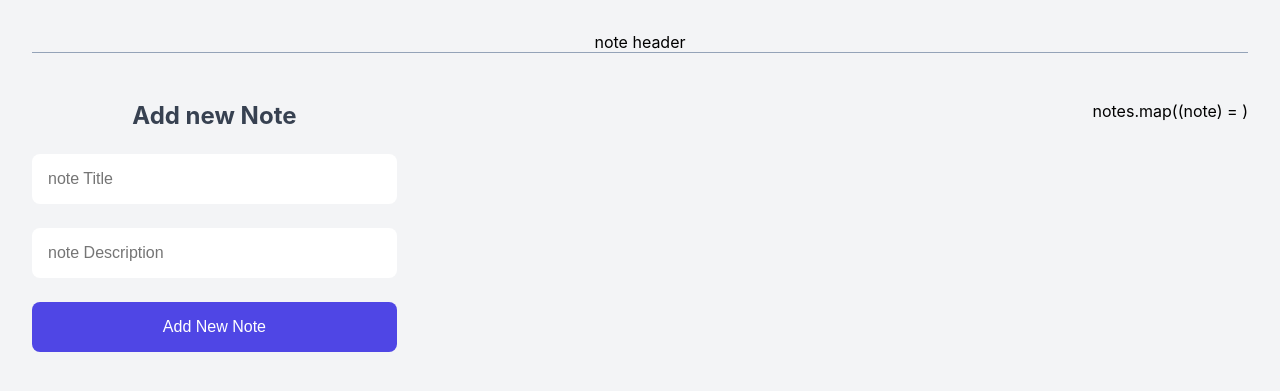
Repository: nikooshahbazi/shahbaziProjects
Page: / (app in dynamicData/)
The author's editor kept a copy of each file at every save. The page is drawn from the files as they stood at one save, then again after a run of saves.
The browser window is 1280 px wide. The pictures show the whole page.
The project was rebuilt for these pictures with package versions that can differ from the ones it lists, and the page was loaded fresh each time. Also part of the build but not shown: dynamicData/vite.config.js.

Above is the page before, as saved 2024-02-17 18:27:22.

After the next 6 saves:
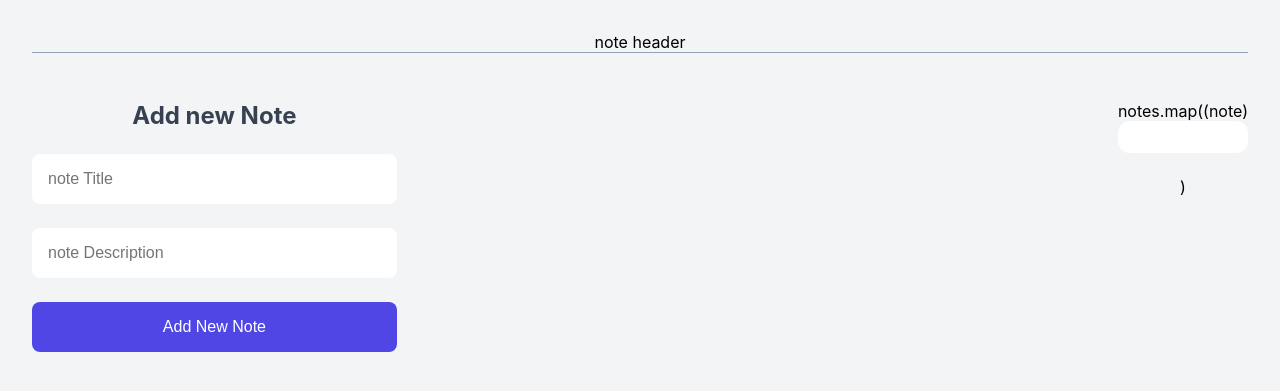
The 6 saves are shown as one change because they came seconds apart.
The last was saved 16 s later.
--- a/dynamicData/src/components/NoteList.jsx
+++ b/dynamicData/src/components/NoteList.jsx
@@ -1,11 +1,5 @@
 function NoteList({ notes }) {
-  return (
-    <div className="note-list">
-     notes.map((note) = {
-
-     })
-    </div>
-  );
+  return <div className="note-list">notes.map((note){<NoteItem />})</div>;
 }
 
 export default NoteList;
